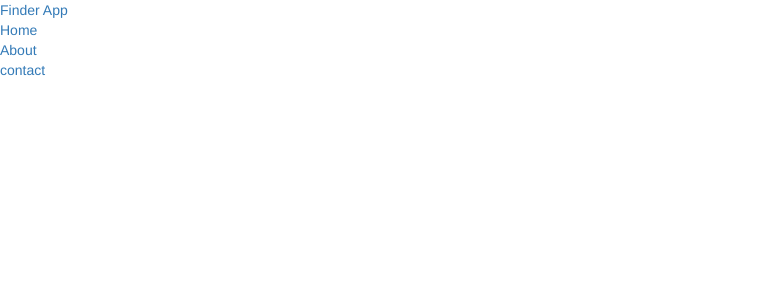
Repository: Waseem1978/Locations-Finder
Page: index.html
The author's editor kept a record of every edit. The page is drawn from the files as they stood at one moment, then again after the next edit.
The browser window is 768 px wide. The pictures show the whole page.
Some web libraries are served in a nearby version.

Above is the page before.

### index.html
<!DOCTYPE html>
<html lang="en">
 <head>
    <meta charset="UTF-8">
    <meta name="viewport" content="width=device-width, initial-scale=1.0, user-scalable=no">
    <meta http-equiv="X-UA-Compatible" content="ie=edge">
    <title>Finder App</title>
     <link rel="stylesheet" href="assets/css/style.css" type="text/css"/>
    <link rel="stylesheet" href="https://stackpath.bootstrapcdn.com/bootstrap/3.3.7/css/bootstrap.min.css" type="text/css">
    <link href="https://stackpath.bootstrapcdn.com/font-awesome/4.7.0/css/font-awesome.min.css" rel="stylesheet">
    <link rel="stylesheet" href="https://cdnjs.cloudflare.com/ajax/libs/hover.css/2.1.1/css/hover-min.css" type="text/css">

</head>
     <body>
        <header>
            <a href="#" class="logo"> Finder App </a>
            <div class="menu-toggle"></div>
            <nav>
                <ul>
                    <li><a href="#" class="active">Home</a></li>
                    <li><a href="#">About</a></li>
                    <li><a href="#">contact</a></li>
                </ul>
            </nav>
            <div class="clearfix"></div>
        </header>
         <script
                src="https://code.jquery.com/jquery-3.4.1.js" integrity="sha256-WpOohJOqMqqyKL9FccASB9O0KwACQJpFTUBLTYOVvVU=" crossorigin="anonymous">
         </script>
         <script type="text/javascript">
               $(document).ready(function(){
                   $('.menu-toggle').click(function(){
                       $('.menu-toggle').toggleClass('active')
                       $('nav').toggleClass('active')

                   })


               })

         </script>



    </body>
</html>

### assets/css/style.css
*{
    margin: 0;
    padding: 0;
}

html, body, #map {
    height:100%;
    margin:0;
    padding:0;
}

.flex-container {
    display: flex;
    background-color: grey;
    flex-wrap:wrap;
}
.flex-container > div {
    background-color: #f1f1f1;
    width: 100px;
    margin: 10px;
    text-align: center;
    line-height: 75px;
    font-size: 30px;


}

After the next edit:
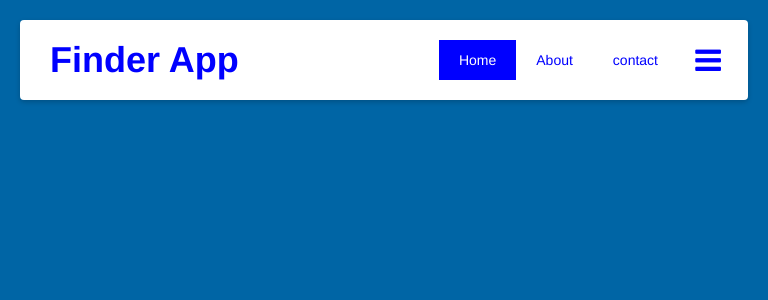
The edit:
--- a/assets/css/style.css
+++ b/assets/css/style.css
@@ -1,26 +1,142 @@
-*{
+@import url('https://fonts.googleapis.com/css?family=Poppins&display=swap');
+
+body
+{
     margin: 0;
     padding: 0;
+    font-family: 'poppins' , sans-serif;
+    background: url(../images/blueSky.jpg);
+    background-attachment: fixed;
+
 }
 
-html, body, #map {
-    height:100%;
-    margin:0;
-    padding:0;
+header
+{
+    position:relative;
+    max-width: 1200px;
+    margin: 20px auto;
+    padding: 10px;
+    background: #fff;
+    box-sizing: border-box;
+    border-radius: 4px;
+    box-shadow: 0 2px 5px rgba(0,0,0,.2);
+
 }
 
-.flex-container {
+.logo
+{
+    color: blue;
+    height: 60px;
+    font-size: 36px;
+    line-height: 60px;
+    padding: 0 20px;
+    background: #fff;
+    text-align: center;
+    box-sizing: border-box;
+    float: left;
+    font-weight: 700;
+    text-decoration: none;
+}
+
+nav
+{
+    float: right;
+
+}
+
+.clearfix
+{
+    clear: both;
+}
+
+nav ul
+{
+    margin: 0;
+    padding: 0;
     display: flex;
-    background-color: grey;
-    flex-wrap:wrap;
 }
-.flex-container > div {
-    background-color: #f1f1f1;
-    width: 100px;
-    margin: 10px;
-    text-align: center;
-    line-height: 75px;
-    font-size: 30px;
+
+nav ul li
+{
+    list-style: none;
+}
+
+nav ul li a
+{
+    display: block;
+    margin: 10px 0px;
+    padding: 10px 20px;
+    text-decoration: none;
+    color: blue;
+}
+
+nav ul li a.active,
+nav ul li a:hover
+{
+    background: blue;
+    color: #fff;
+    transition: 0.5;
+
+}
+
+@media (max-width: 1200px)
+{
+    header
+    {
+       margin:20px;
+    }
+}
+
+@media (max-width: 768px)
+{
+    .menu-toggle
+    {
+       display: block;
+        width: 40px;
+        height: 40px;
+        margin: 10px;
+        float: right;
+        background: #fff;
+        cursor: pointer;
+        text-align: center;
+        font-size: 30px;
+        color: blue;
+    }
+}
+
+.menu-toggle:before
+{
+    content: '\f0c9';
+    font-family: fontAwesome;
+    line-height: 40px;
+}
+
+.menu-toggle.active:before
+{
+    content: '\f00d';
+    font-family: fontAwesome;
+    line-height: 40px;
+}
 
 
+
+nav
+{
+    display: none;
 }
+
+nav.active
+{
+    display: block;
+    width: 100%;
+}
+
+nav.active ul
+{
+    display: block;
+}
+
+nav.active ul li a
+{
+    margin: 0;
+}
